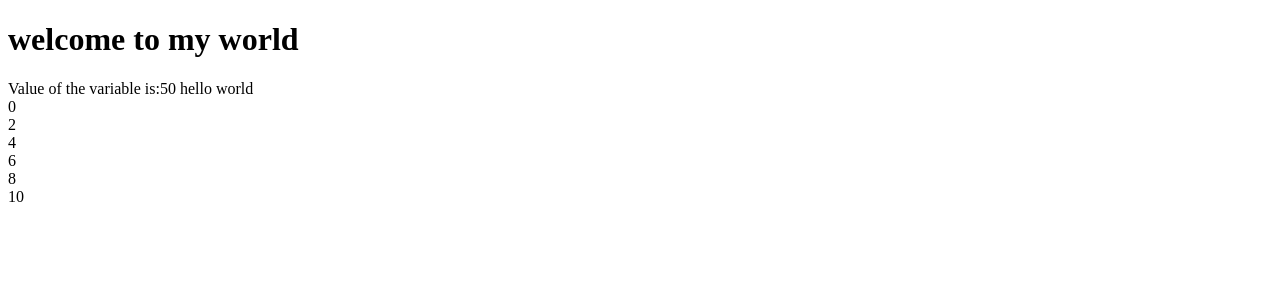
Repository: ifpi98/java_e
Page: http://localhost/jspproject/test1.jsp
These files come from the project's save history. The page is drawn as it stood at one moment and after the next save; the edit follows.
The browser window is 1280 px wide. The pictures show the whole page.
The page is served by Tomcat 9.

Above is the page before, as saved 2023-07-06 02:29:09.

After the next save:
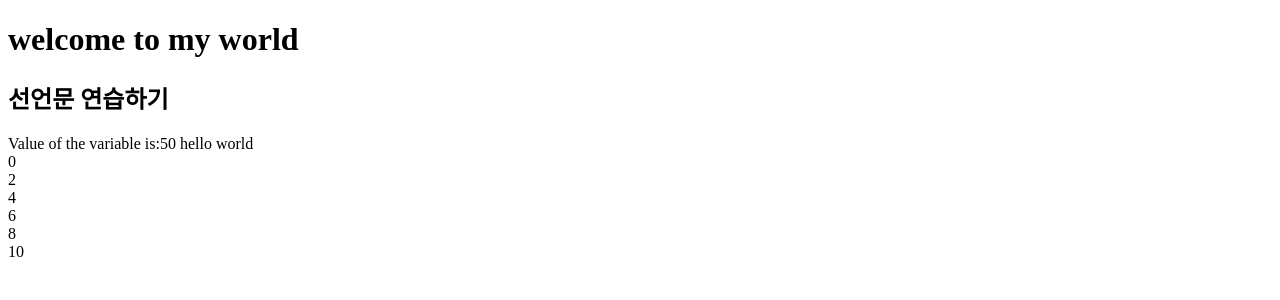
Saved 19 s later.
--- a/jspproject/src/main/webapp/test1.jsp
+++ b/jspproject/src/main/webapp/test1.jsp
@@ -9,6 +9,7 @@
 <body>
 
 	<h1> welcome to my world</h1>
+	<h2> 선언문 연습하기</h2>
 
 	<%! int data = 50; %>
 	<% out.println("Value of the variable is:" + data); %>
